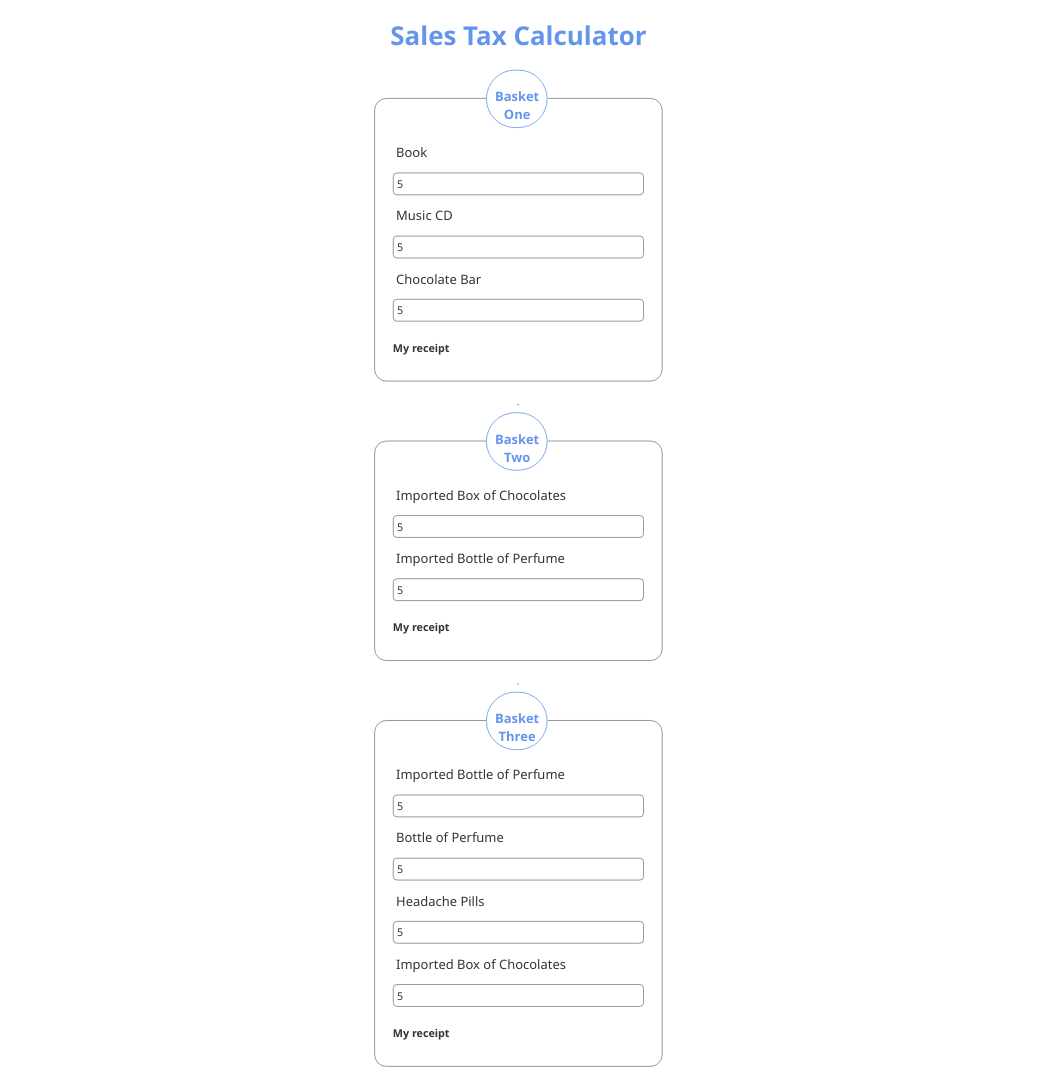
Repository: duzzisantos/sales-tax
Page: index.html
The author's editor kept a copy of each file at every save. The page is drawn from the files as they stood at one save, then again after the next save.
The browser window is 1280 px wide. The pictures show the whole page, at 81% of full size.
Empty fields were first filled with sample values (such as "Sample", 5 or name@example.com).
After loading, the first visible `#imported-box-chocolate` was changed once.

Above is the page before, as saved 2022-05-25 22:50:40.

### index.html
<!DOCTYPE html>
<html lang="en">

<head>
    <meta charset="UTF-8">
    <meta http-equiv="X-UA-Compatible" content="IE=edge">
    <meta name="viewport" content="width=device-width, initial-scale=1.0">
    <link href="style.css" rel="stylesheet">
    <title>Sales Tax Calculator</title>
</head>

<body>
    <h1>Sales Tax Calculator</h1>
    <section id="container">
        <fieldset>
            <legend>
                <h4>Basket One</h4>
            </legend>
            <form class="formOne">
                <label for="book">Book</label>
                <input id="book" type="number" name="book" onchange="basketOne()" />
                <label for="musicCD">Music CD</label>
                <input id="musicCD" type="number" name="musicCD" onchange="basketOne()" />
                <label for="chocolateBar">Chocolate Bar</label>
                <input id="chocolateBar" type="number" name="chocolateBar" onchange="basketOne()" />
            </form>
            <h5>My receipt</h5>
            <span id="listOne">

                </>
        </fieldset>
        <hr>

        <fieldset>
            <legend>
                <h4>Basket Two</h4>
            </legend>

            <label for="imported-box-chocolate">Imported Box of Chocolates</label>
            <input id="imported-box-chocolate" type="number" name="imported-box-chocolate" onchange="basketTwo()" />
            <label for="imported-perfume">Imported Bottle of Perfume</label>
            <input id="imported-perfume" type="number" name="imported-perfume" onchange="basketTwo()" />

            <h5>My receipt</h5>
            <span id="listTwo">

            </span>
        </fieldset>
        <hr>

        <fieldset>
            <legend>
                <h4>Basket Three</h4>
            </legend>

            <label for="imported-perfume2">Imported Bottle of Perfume</label>
            <input id="imported-perfume2" type="number" name="imported-perfume2" onchange="basketThree()" />
            <label for="bottle-perfume">Bottle of Perfume</label>
            <input id="bottle-perfume" type="number" name="bottle-perfume" onchange="basketThree()" />
            <label for="pills">Headache Pills</label>
            <input id="pills" type="number" name="pills" onchange="basketThree()" />
            <label for="imported-box-chocolate2">Imported Box of Chocolates</label>
            <input id="imported-box-chocolate2" type="number" name="imported-box-chocolate2" onchange="basketThree()" />

            <h5>My receipt</h5>
            <span id="listThree">

            </span>
        </fieldset>
    </section>
</body>
<script src="first.js"></script>
<script src="second.js"></script>
<script src="third.js"></script>
<script src="index.js"></script>

</html>

### style.css
*{
    color: rgb(0,0,0,0.8);
    font-family: 'Segoe UI', Tahoma, Geneva, Verdana, sans-serif;
}

#container{
    display: flex;
    flex-direction: column;
    align-items: center;
    justify-content: center;
    bottom: 0;
}

fieldset{
    height: fit-content;
    width: 20%;
    border: 1px solid grey;
    border-radius: 15px;
    margin-bottom: 20px;
}

legend{
    height: 70px;
    width: 70px;
    border: 1px solid cornflowerblue;
    border-radius: 50px;
    margin-left: 38%;
}

legend h4, h1{
    text-align: center;
    color: cornflowerblue;
}

h5{
    margin-left: 10px;
}
label, input{
    display: block;
    margin: 10px;
    padding: 4px;
}

input{
    width: 300px;
    border-radius: 5px;
    border: 1px solid grey;
}

### first.js
//Variables for tax rate
let taxFree = 0;
let basicTax = 10;
let importDuty = 5;

//imported basic taxable items attract an extra non-negotiable tax rate of 5%, therefore 10% + 5% = 15%
let basicPlusImportDuty = basicTax + importDuty;

//An app that computes the first basket of goods
const basketOne = () => {
  let book = document.getElementById("book").value;
  let musicCD = document.getElementById("musicCD").value;
  let chocolateBar = document.getElementById("chocolateBar").value;

  // The plus sign is used in front of every variable to indicate to JavaScript that they are numerical values
  // Without this, they would become concatenated strings

  //these are the sums of the items and their taxes
  let bookPlusTax = +taxFree * +book + +book;
  let musicCDPlusTax = (basicTax * +musicCD) / 100 + +musicCD;
  let chocolateBarPlusTax = +taxFree * +chocolateBar + +chocolateBar;

  //this computes the total price paid by the customer
  let netPayment = +bookPlusTax + +musicCDPlusTax + +chocolateBarPlusTax;
  let roundedPayment = netPayment.toFixed(2);

  //this computes the total sales tax generated
  let totalTaxes =
    bookPlusTax -
    book +
    (musicCDPlusTax - musicCD) +
    (chocolateBarPlusTax - chocolateBar);

  //Math.ceil and toFixed method helps us round up to the nearest 0.05
  let roundedTax = (Math.ceil(totalTaxes * 20) / 20).toFixed(2);

  //Receipt list
  const listOne = document.getElementById("listOne");
  listOne.innerHTML = `<br>1 book: ${bookPlusTax}<br>1 music CD: ${musicCDPlusTax.toFixed(2)}<br>1
  chocolate bar: ${chocolateBarPlusTax}<br>Sales Tax: ${roundedTax}<br><b>Total: ${roundedPayment}</b><br>`;
};

### second.js
//Variables for tax rate
let basicTax2 = 10;
let importDuty2 = 5;

//imported basic taxable items attract an extra non-negotiable tax rate of 5%, therefore 10% + 5% = 15%
let basicPlusImportDuty2 = basicTax2 + importDuty2;

//An app that computes the second basket of goods
const basketTwo = () => {
  let importedChocolate = document.getElementById(
    "imported-box-chocolate"
  ).value;
  let importedPerfume2 = document.getElementById("imported-perfume").value;

  // The plus sign is used in front of every variable to indicate to JavaScript that they are numerical values
  // Without this, they would become concatenated strings

  //these are the sums of the imported items and their taxes
  let importedChocolatePlusTax =
    (importDuty2 * +importedChocolate) / 100 + +importedChocolate;
  let importedPerfume2PlusTax =
    (basicPlusImportDuty2 * +importedPerfume2) / 100 + +importedPerfume2;

  //Math.ceil and toFixed method helps us round up to the nearest 0.05
  //this computes the total price paid by the customer
  let netPayment = +importedChocolatePlusTax + +importedPerfume2PlusTax;
  let roundedPayment = (Math.ceil(netPayment * 20) / 20).toFixed(2);

  //this computes the total sales tax generated
  let totalTaxes =
    (importDuty2 * +importedChocolate) / 100 +
    (basicPlusImportDuty2 * +importedPerfume2) / 100;
  let roundedTaxes = (Math.ceil(totalTaxes * 20) / 20).toFixed(2);
};

### third.js
//Variables for tax rate
let taxFree3 = 0;
let basicTax3 = 10;
let importDuty3 = 5;
let basicPlusImportDuty3 = basicTax3 + importDuty3;


//App that computes the third basket of goods
const basketThree = () => {
    let importedPerfume2 = document.getElementById("imported-perfume2").value;
    let bottlePerfume = document.getElementById("bottle-perfume").value;
    let pills = document.getElementById("pills").value;
    let importedChocolate2 = document.getElementById("imported-box-chocolate2").value;


    //    // The plus sign is used in front of every variable to indicate to JavaScript that they are numerical values
     // Without this, they would become concatenated strings

    //these are the sums of the imported items and their taxes
    let importedPerfume2PlusTax = (basicPlusImportDuty3 * +importedPerfume2) / 100 + +importedPerfume2;
    let bottlePerfumePlusTax =
      (basicTax3 * +bottlePerfume) / 100 + +bottlePerfume;
    let pillsPlusTax = (taxFree3 * +pills) + +pills;
    let importedChocolate2PlusTax =
      (importDuty3 * +importedChocolate2) / 100 + +importedChocolate2;

    //Math.ceil and toFixed method helps us round up to the nearest 0.05
    //This computes the prices plus their taxes
    let netPayment =
      importedPerfume2PlusTax +
      bottlePerfumePlusTax +
      pillsPlusTax +
      importedChocolate2PlusTax;
    document.getElementById("total3").value = (Math.ceil(netPayment * 20) / 20).toFixed(2);

    //this computes the total taxes generated from selling basket three
    let totalTaxes =
      importedPerfume2PlusTax -
      importedPerfume2 +
      (bottlePerfumePlusTax - bottlePerfume) +
      (pillsPlusTax - pills) +
      (importedChocolate2PlusTax - importedChocolate2);

    document.getElementById("sales-taxes3").value = (
        Math.ceil(totalTaxes * 20) / 20
      ).toFixed(2);
  };

### index.js
//This is responsible for the DOM Manipulation
//This helps the user to display a simple receipt

After the next save:
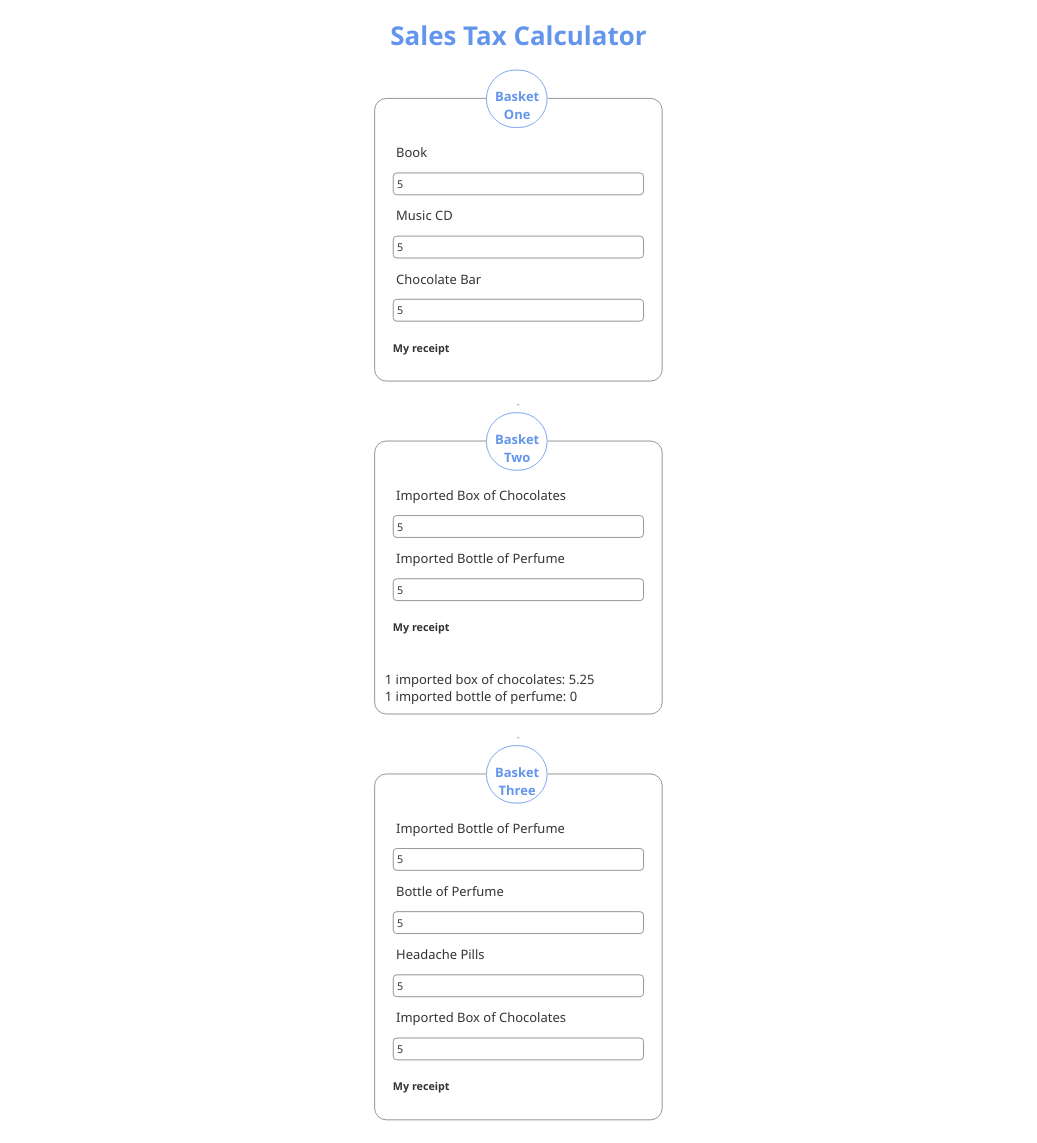
Saved 3 min 23 s later.
--- a/second.js
+++ b/second.js
@@ -31,4 +31,9 @@ const basketTwo = () => {
     (importDuty2 * +importedChocolate) / 100 +
     (basicPlusImportDuty2 * +importedPerfume2) / 100;
   let roundedTaxes = (Math.ceil(totalTaxes * 20) / 20).toFixed(2);
+
+  const listTwo = document.getElementById("listTwo")
+  listTwo.innerHTML = `<br>1 imported box of chocolates:
+   ${importedChocolatePlusTax}<br>1 imported bottle of perfume: ${importedPerfume2PlusTax}
+   <br>`
 };
